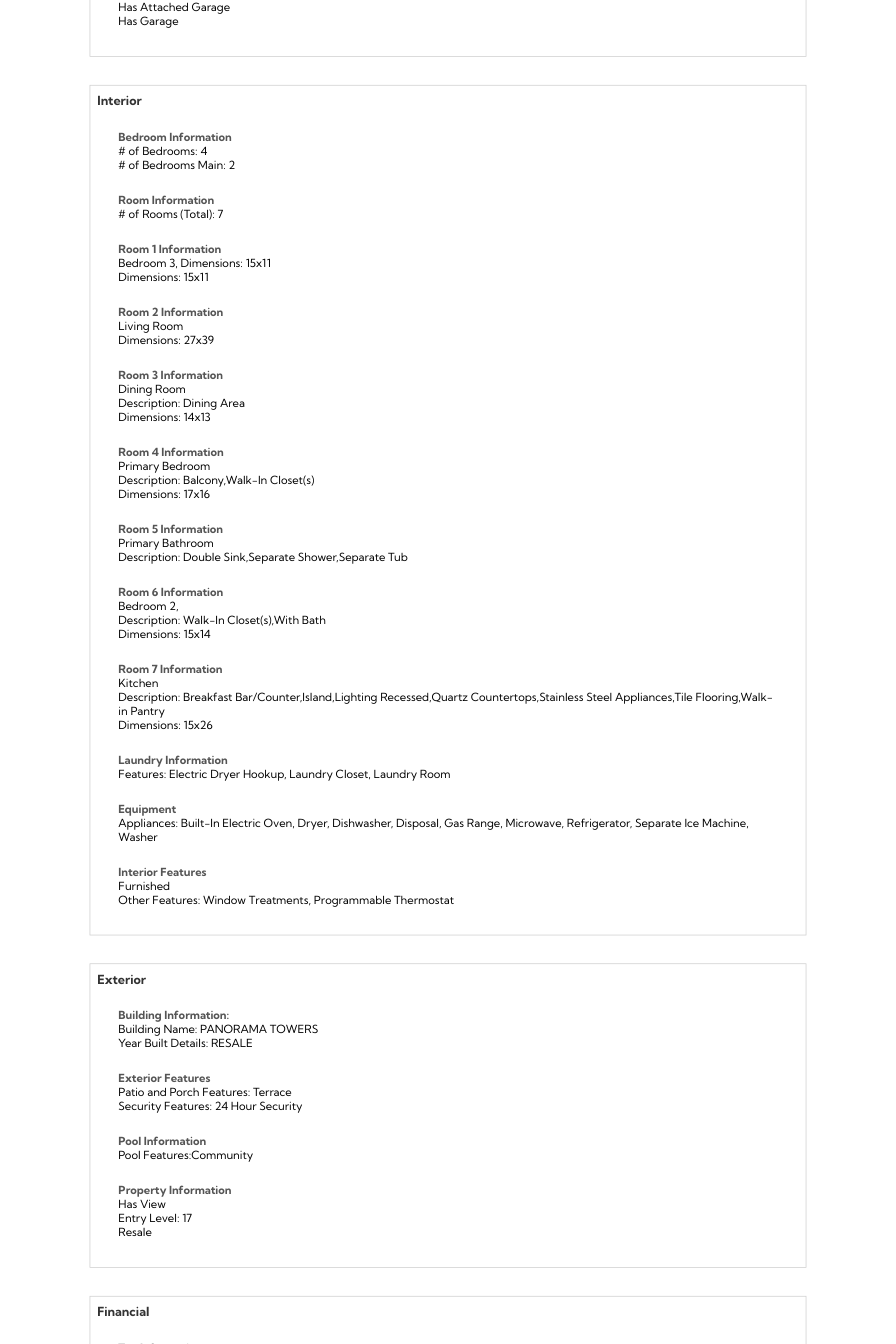
Repository: MrAllin1/ProgWWW_23_Gr1
Page: pages/House1.html
The author's editor kept a copy of each file at every save. The page is drawn from the files as they stood at one save, then again after the next save.
The browser window is 1280 px wide. The pictures show the part of the page from y = 1385 to 3305 px (the page is 5227 px tall before and 5267 px after), at 70% of full size.
A picture or video elsewhere on the page could not be fetched, so the positions and the page height are approximate. Some web libraries are served in a nearby version.

Above is the page before, as saved 2024-01-11 07:39:01.

### pages/House1.html
<!DOCTYPE html>
<html lang="en">
<head>
    <meta charset="UTF-8">
    <meta name="viewport" content="width=device-width, initial-scale=1.0">
    <link rel="stylesheet" type="text/css" href="../pages/stylesForHouse.css">
    <script src="https://kit.fontawesome.com/186711ed6a.js" crossorigin="anonymous"></script>
    <link rel="preconnect" href="https://fonts.googleapis.com">
    <link rel="preconnect" href="https://fonts.gstatic.com" crossorigin>
    <link href="https://fonts.googleapis.com/css2?family=Kumbh+Sans:wght@400;700&display=swap" rel="stylesheet">
    <link rel="stylesheet" href="https://cdnjs.cloudflare.com/ajax/libs/font-awesome/5.15.4/css/all.min.css">
    <title>House on Seattle</title>
</head>
<body>
    <nav class="navbar">
        <div class="navbar_container">
            <a href="/" id="navbar_logo"> <i class="fas fa-house-flag"></i>AFA</a>
            <div class="navbar_toggle" id="mobile-menu">
                <span class="bar"></span>
                <span class="bar"></span>
                <span class="bar"></span>
            </div>
            <ul class="navbar_menu">
                <li class="navbar_item">
                    <a href="#home" class="navbar_link">Home</a>
                </li>
                <li class="navbar_item">
                    <a href="#services" class="navbar_link">Services</a>
                </li>
                <li class="navbar_item">
                    <a href="/pages/BuyRent.html" class="navbar_link">Buy/Rent</a>
                </li>
                <li class="navbar_item">
                    <a href="/pages/sell.html" class="navbar_link">Sell</a>
                </li>
                <li class="navbar_btn">
                    <a href="/pages/signUp.html" class="button">Sign Up</a>
                </li>
            </ul>
        </div>
    </nav>
    <div class="gallery-container">
        <h1>Welcome to the Seattle, WA 98177 House</h1> </br>
        <a href="https://www.google.com/maps/place/12253+9th+Ave+NW,Seattle,WA+98177" target="_blank" class="services_link">12253 9th Ave NW, Seattle, WA 98177</a>
        <p>$1,099,000</p>
        <span>195 square meters</span>
        <div class="gallery">
            <img src="/images/House_2/item_1.jpg" alt="Image 1" />
            <img src="/images/House_2/item_2.jpg" alt="Image 2" />
            <img src="/images/House_2/item_3.jpg" alt="Image 3" />
            <img src="/images/House_2/item_4.jpg" alt="Image 4" />
            <img src="/images/House_2/item_5.jpg" alt="Image 5" />
            <img src="/images/House_2/item_6.jpg" alt="Image 6" />
            <img src="/images/House_2/item_7.jpg" alt="Image 7" />
            <img src="/images/House_2/item_8.jpg" alt="Image 8" />
            <img src="/images/House_2/item_9.jpg" alt="Image 9" />
            <img src="/images/House_2/item_10.jpg" alt="Image 10" />
            <img src="/images/House_2/item_11.jpg" alt="Image 11" />
            <img src="/images/House_2/item_12.jpg" alt="Image 12" />
            <img src="/images/House_2/item_13.jpg" alt="Image 13" />
            <img src="/images/House_2/item_14.jpg" alt="Image 14" />
            <img src="/images/House_2/item_15.jpg" alt="Image 15" />
            <img src="/images/House_2/item_16.jpg" alt="Image 16" />
            <img src="/images/House_2/item_17.jpg" alt="Image 17" />
            <img src="/images/House_2/item_18.jpg" alt="Image 18" />
            <img src="/images/House_2/item_19.jpg" alt="Image 19" />
            <img src="/images/House_2/item_20.jpg" alt="Image 20" />
            <img src="/images/House_2/item_21.jpg" alt="Image 21" />
            <img src="/images/House_2/item_22.jpg" alt="Image 22" />
            <img src="/images/House_2/item_23.jpg" alt="Image 23" />
</div>

          <button class="arrow-button left">&#8249;</button>
          <button class="arrow-button right">&#8250;</button>
          <p><strong> About this home</strong></br> Lovely Puget Sound and Olympic Mountain views in this well-maintained Broadview home! Ready for your personal touches, this spacious home has hardwood flooring, huge windows for enjoying the stunning water views, kitchen with breakfast bar, sunny dining area, and 2 large living spaces, each with a cozy fireplace. Plenty of room for everyone with 4 good sized bedrooms, and a versatile layout. Head outside to the spacious deck with water views, and down below a fenced yard with a patio, and built-in raised garden beds. Just steps from Carkeek Park & Beach, easy access to I-5, and located near plenty of restaurants, shops, & more. Don't miss out on this opportunity to be a part of the Broadview Community!</p>
    </div>
</br>
    <div class="property-features">
      <div class="feature">
        <i class="far fa-clock"></i> 5 days on AFA
      </div>
      <div class="feature">
        <i class="fas fa-warehouse"></i> Has garage
      </div>
      <div class="feature">
        <i class="fas fa-home"></i> Single family
      </div>
      <div class="feature">
        <i class="fas fa-landmark"></i> 711 square meters
      </div>
      <div class="feature">
        <i class="fas fa-hand-holding-usd"></i> $2,520 monthly HOA fee
      </div>
      <div class="feature">
        <i class="fas fa-tools"></i> Built in 2005
      </div>
      <div class="feature">
        <i class="fas fa-map-marker-alt"></i> Seattle
      </div>
      <div class="feature">
        <i class="fas fa-soap"></i>In-unit laundry (washer and dryer)
      </div>
      <div class="feature">
        <i class="fas fa-dollar-sign"></i> $523 for sq m
    </div>
      <div class="feature">
        <i class="fas fa-home"></i> Broadview
      </div>
    </div>

    <div class="container">
        <h1>Property details for 12253 9th Ave NW</h1>
            <div class="details">
                <div class="section">
                    <h2>Parking</h2>
                    <ul>
                        <li><strong>Parking:</strong></br> Covered Spaces: 2</br>Parking Total: 2</br>Parking Features: Driveway, Attached Garage</br>Has Attached Garage</br>Has Garage</li>
                    </ul>
                </div>
            </div>

            <div class="details">
                <div class="section">
                    <h2>Interior</h2>
                    <ul>
                        <li><strong>Bedroom Information</strong> </br># of Bedrooms: 4 </br># of Bedrooms Main: 2</li>
                        <li><strong>Room Information</strong> </br># of Rooms (Total): 7</li>
                        <li><strong>Room 1 Information</strong> </br>Bedroom 3, Dimensions: 15x11</br>Dimensions: 15x11</li>
                        <li><strong>Room 2 Information</strong> </br>Living Room</br>Dimensions: 27x39</li>
                        <li><strong>Room 3 Information</strong> </br>Dining Room</br>Description: Dining Area</br>Dimensions: 14x13</li>
                        <li><strong>Room 4 Information</strong> </br>Primary Bedroom</br>Description: Balcony,Walk-In Closet(s)</br>Dimensions: 17x16</li>
                        <li><strong>Room 5 Information</strong></br> Primary Bathroom</br>Description: Double Sink,Separate Shower,Separate Tub</li>
                        <li><strong>Room 6 Information</strong></br> Bedroom 2, </br>Description: Walk-In Closet(s),With Bath</br>Dimensions: 15x14</li>
                        <li><strong>Room 7 Information</strong></br> Kitchen</br>Description: Breakfast Bar/Counter,Island,Lighting Recessed,Quartz Countertops,Stainless Steel Appliances,Tile Flooring,Walk-in Pantry</br>Dimensions: 15x26</li>
                        <li><strong>Laundry Information</strong></br> Features: Electric Dryer Hookup, Laundry Closet, Laundry Room</li>
                        <li><strong>Equipment</strong></br> Appliances: Built-In Electric Oven, Dryer, Dishwasher, Disposal, Gas Range, Microwave, Refrigerator, Separate Ice Machine, Washer</li>
                        <li><strong>Interior Features</strong></br>Furnished</br> Other Features: Window Treatments, Programmable Thermostat</li>
                    </ul>
                </div>
            </div>
                <div class="details">
                <div class="section">
                    <h2>Exterior</h2>
                    <ul>
                        <li><strong>Building Information:</strong></br> Building Name: PANORAMA TOWERS</br>Year Built Details: RESALE</li>
                        <li><strong>Exterior Features</strong></br>Patio and Porch Features: Terrace</br> Security Features: 24 Hour Security</li>
                        <li><strong>Pool Information</strong></br> Pool Features:Community</li>
                        <li><strong>Property Information</strong></br> Has View</br>Entry Level: 17</br>Resale</li>

                    </ul>
                </div>
            </div>
            <div class="details">
                <div class="section">
                    <h2>Financial</h2>
                    <ul>
                        <li><strong>Tax Information:</strong> </br>Annual Amount: $5,535</li>
                    </ul>
                </div>
            </div>

            <div class="details">
                <div class="section">
                    <h2>Utilities</h2>
                    <ul>
                        <li><strong>Utility Information:</strong></br> Utilities: High Speed Internet Available</li>
                        <li>S<strong>Heating & Cooling</strong></br> Has Cooling</br>Cooling:Electric</br>Has Heating</br>Heating: Central,Gas</li>
                    </ul>
                </div>
            </div>


            <div class="details">
                <div class="section">
                    <h2>Location</h2>
                    <ul>
                        <li><strong>Multi Unit Information:</strong></br> Pets Allowed: Number Limit, Size Limit, Yes</li>
                        <li><strong>HOA Information</strong> </br>Has Home Owners Association </br>Association Name: Panorama Towers </br>Association Fee: $2,520 Monthly</br>Association Fee Includes: Association Management, Cable TV, Internet, Recreation Facilities, Sewer, Trash, Water</br>Association Amenities: Business Center, Dog Park, Fitness Center, Gated, Media Room, Barbecue, Pool, Recreation Room, Guard, Spa/Hot Tub, Security, Concierge</li>
                        <li><strong>School</strong></br>  Elementary School: Thiriot Joseph,Thiriot Joseph</br>Middle Or Junior School: Sawyer Grant</br>High School: Clark Ed. W.</li>
                        <li><strong>Community Information:</strong></br>Community Features: Pool</li>
                    </ul>
                </div>
            </div>


            <div class="details">
                <div class="section">
                    <h2>Other</h2>
                    <ul>
                        <li><strong>Listing Information:</strong></br> Attribution Contact: 702-930-8408</br>Buyer Agency Compensation: 2.5000</li>
                    </ul>
                </div>
            </div>
        </div>
    </div>



      <div class="container">
        <h1>About climate risks</h1>
        <p>Climate risks have some of natural disasters and may be impacted by climate change due to rising temperatures and sea levels.</p>

        <div class="risk-factor" id="floodRisk">
            <h2>Flood Factor</h2>
            <p>Unlikely to flood in next 50 years.</p>
        </div>

        <div class="risk-factor" id="fireRisk">
            <h2>Fire Factor</h2>
            <p>Unlikely to be in a wildfire in next 50 years.</p>
        </div>

        <div class="risk-factor" id="heatRisk">
            <h2>Heat Factor</h2>
            <p>7 days above 99° expected this year, 14 days in 30 years.</p>
        </div>
    </div>
    <div class="footer_container">
        <div class="footer_links">
            <div class="footer_link-wrapper">
                <div class="footer_link-items">
                    <h2>About Us</h2>
                    <a href="/">How it works</a>
                    <a href="/">Testimonials</a>
                    <a href="/">Careers</a>
                    <a href="/">Terms of Service</a>
                </div>
                <div class="footer_link-items">
                    <h2>Contact Us</h2>
                    <a href="/">Contact</a>
                    <a href="/">Support</a>
                    <a href="/">Thro Gmail</a>
                    <a href="/">Phone number</a>
                </div>
            </div>
            <div class="footer_link-wrapper">
                <div class="footer_link-items">
                    <h2>Partners</h2>
                    <a href="/">A RealEstate</a>
                    <a href="/">B RealEstate</a>
                    <a href="/">C RealEstate</a>
                    <a href="/">D RealEstate</a>
                </div>
                <div class="footer_link-items">
                    <h2>Social media</h2>
                    <a href="https://www.instagram.com" target="_blank">Instagram</a>
                    <a href="https://www.facebook.com" target="_blank">Facebook</a>
                    <a href="https://www.linkedin.com" target="_blank">LinkedIn</a>
                    <a href="https://www.twitter.com" target="_blank">Twitter</a>
                </div>
            </div>
        </div>
        <div class="social_media">
            <div class="social_media-wrap">
                <div class="footer_logo">
                    <a href="/" id="footer_logo"> <i class="fas fa-house-flag"></i>AFA</a>
                </div>
                <p class="website_rights">AFA © 2023.All rights reserved</p>
                <div class="social_icons">
                    <a href="/" class="social_icon_link" target="_blank"><i class="fab fa-facebook"></i></a>
                    <a href="https://www.instagram.com" class="social_icon_link" target="_blank"><i class="fab fa-instagram"></i></a>
                    <a href="https://www.facebook.com" class="social_icon_link" target="_blank"><i class="fab fa-youtube"></i></a>
                    <a href="https://www.twitter.com" class="social_icon_link" target="_blank"><i class="fab fa-twitter"></i></a>
                    <a href="https://www.linkedin.com" class="social_icon_link" target="_blank"><i class="fab fa-linkedin"></i></a>
                </div>
            </div>
        </div>
    </div>

    <script src="../app.js"></script>

</body>
</html>

Loaded but not shown: app.js (155 lines, source omitted); pages/stylesForHouse.css (787 lines, source omitted)

After the next save:
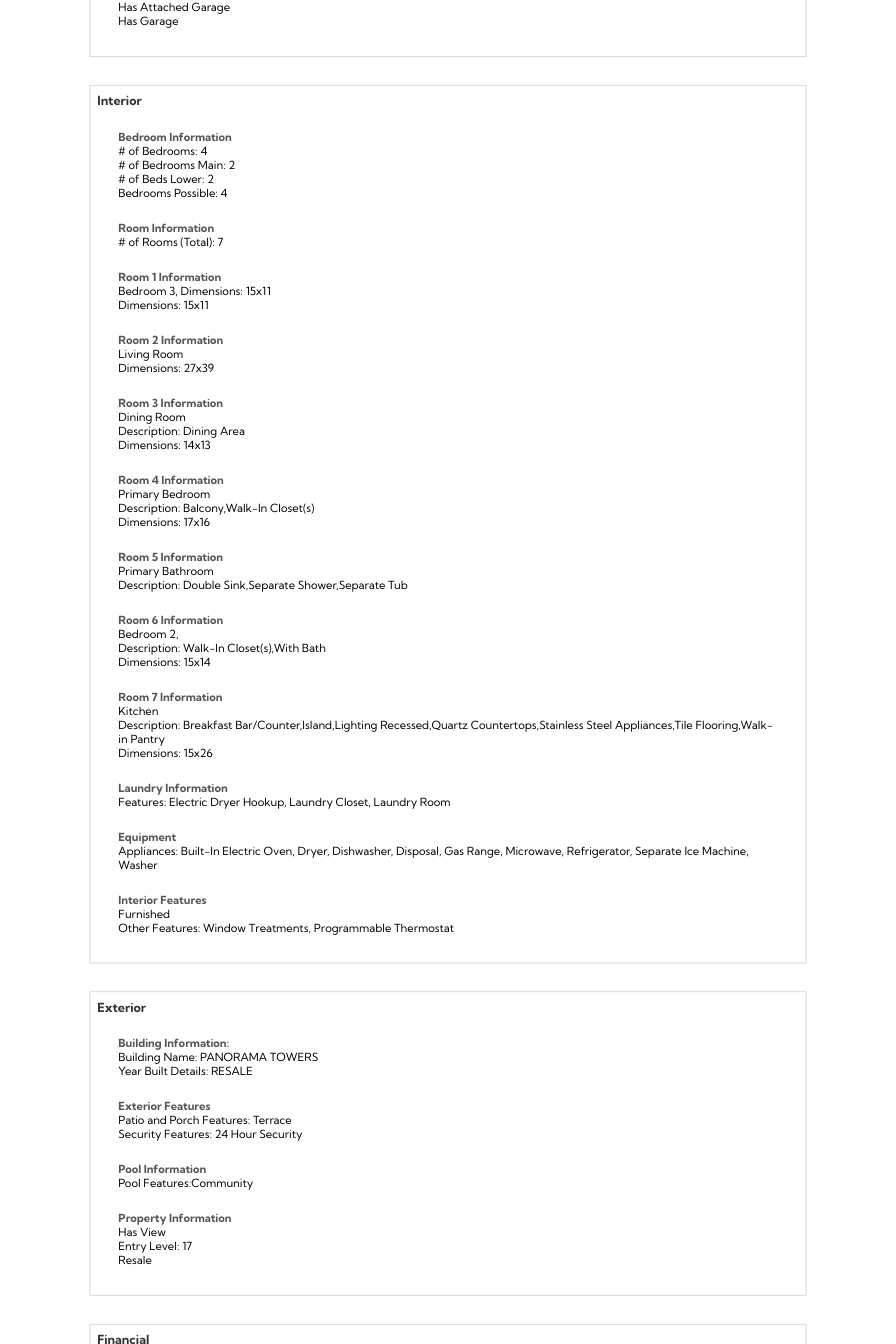
Saved 37 s later.
--- a/pages/House1.html
+++ b/pages/House1.html
@@ -123,7 +123,7 @@
                 <div class="section">
                     <h2>Interior</h2>
                     <ul>
-                        <li><strong>Bedroom Information</strong> </br># of Bedrooms: 4 </br># of Bedrooms Main: 2</li>
+                        <li><strong>Bedroom Information</strong> </br># of Bedrooms: 4 </br># of Bedrooms Main: 2</br># of Beds Lower: 2</br>Bedrooms Possible: 4</li>
                         <li><strong>Room Information</strong> </br># of Rooms (Total): 7</li>
                         <li><strong>Room 1 Information</strong> </br>Bedroom 3, Dimensions: 15x11</br>Dimensions: 15x11</li>
                         <li><strong>Room 2 Information</strong> </br>Living Room</br>Dimensions: 27x39</li>
